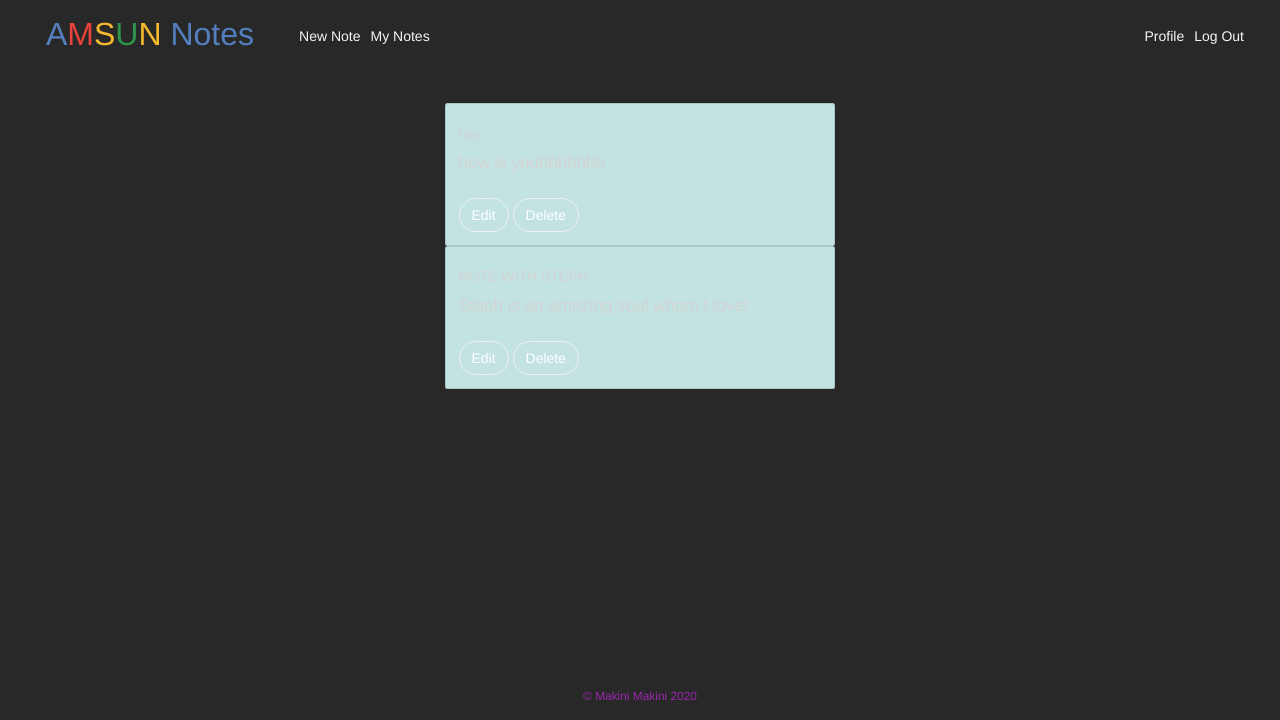
Repository: MakiniMakini/AMSUN-NOTES
Page: http://localhost/my_notes
An editor plug-in stored every save of this project. The page is shown before and after the next save, followed by the edit.
The browser window is 1280 px wide. The pictures show the whole page.
Some web fonts or font styles are not loaded; a fallback is used. The page is served by the project's application, run on Flask 3 (application.py). The session is filled in as if someone had signed in: {"user_id": 1}. The page reads the database file committed with the project.

Above is the page before, as saved 2020-12-25 12:51:51.

### templates/my_notes.html
{% extends "layout.html" %}

{% block title %}
    Notes
{% endblock %}

{% block main %}

<div class="my_notes">
  {% for note in notes %}

    <div class="card" style="width: 39rem; background-color: rgb(195, 226, 226);">
      <div class="card-body">

        <h5 class="card-title">{{note[1]}}</h5>
        <p class="card-text">{{note[2]}}</p>
        <a href="/{{note[0]}}/edit" class="btn btn-primary">Edit</a>
        <a href="/{{note[0]}}/delete" class="btn btn-primary">Delete</a>

      </div>
  </div>

{% endfor %}
</div>



{% endblock %}

### templates/layout.html
<!DOCTYPE html>
<html lang="en">
    <head>
        <!-- Required meta tags -->
        <meta charset="utf-8">
        <meta name="viewport" content="width=device-width, initial-scale=1, shrink-to-fit=no">

        <!-- documentation at http://getbootstrap.com/docs/4.1/, alternative themes at https://bootswatch.com/ -->
        <link href="https://maxcdn.bootstrapcdn.com/bootstrap/4.1.3/css/bootstrap.min.css" rel="stylesheet">

        <!-- https://favicon.io/emoji-favicons/money-mouth-face/ -->
        <link href="/static/favicon.ico" rel="icon">

        <link href="/static/styles.css" rel="stylesheet">
        <link rel="stylesheet" href="/static/bootstrap.min.css" />
        <link rel="stylesheet" href="/static/animate.min.css" />
        <link rel="stylesheet" href="/static/ionicons.min.css" />
        <link rel="stylesheet" href="/static/styles2.css" />
        <link rel="stylesheet" href="/static/profile.css" />

        <script src="https://code.jquery.com/jquery-3.3.1.min.js"></script>
        <script src="https://cdnjs.cloudflare.com/ajax/libs/popper.js/1.14.3/umd/popper.min.js"></script>
        <script src="https://maxcdn.bootstrapcdn.com/bootstrap/4.1.3/js/bootstrap.min.js"></script>

        <title>AMSUN Notes: {% block title %}{% endblock %}</title>
    </head>

    <body>

        <nav class="navbar navbar-expand-md navbar-light bg-none pl-5 pr-5 m-0 fixed-top">
            <a class="navbar-brand" href="/"><span class="blue">A</span><span class="red">M</span><span class="yellow">S</span><span class="green">U</span><span class="yellow">N</span> <span class="blue">Notes</span></a>
            <button aria-controls="navbar" aria-expanded="false" aria-label="Toggle navigation" class="navbar-toggler bg-light" data-target="#navbar" data-toggle="collapse" type="button">
                <span class="navbar-toggler-icon"></span>
            </button>
            <div class="collapse navbar-collapse" id="navbar" >
                {% if session.user_id %}
                    <ul class="navbar-nav mr-auto mt-2">
                        <li class="nav-item"><a class="nav-link" href="/home">New Note</a></li>
                        <li class="nav-item"><a class="nav-link" href="/my_notes">My Notes</a></li>
                    </ul>
                    <ul class="navbar-nav ml-auto mt-2 navbar-right">
                        <li class="nav-item"><a class="nav-link" href="/profile">Profile</a></li>
                        <li class="nav-item"><a class="nav-link" href="/logout">Log Out</a></li>
                    </ul>
                {% else %}
                    <ul class="navbar-nav ml-auto mt-2 navbar-right">
                        <li class="nav-item"><a class="nav-link" href="/register">Register</a></li>
                        <li class="nav-item"><a class="nav-link" href="/login">Log In</a></li>
                    </ul>
                {% endif %}
            </div>
        </nav>

        {% if get_flashed_messages() %}
            <header>
                <div class="alert alert-primary border text-center" role="alert">
                    {{ get_flashed_messages() | join(" ") }}
                </div>
            </header>
        {% endif %}

        <main class="container p-0">

        </main>
        {% block main %}{% endblock %}

        <footer class="small text-center text-muted fixed-bottom bg-none">
             <a href="https://makini-makini.herokuapp.com">© Makini Makini 2020</a>
        </footer>

    </body>
</html>

### application.py
import os

import sqlite3
from flask import Flask, flash, jsonify, redirect, render_template, request, session
from flask_session import Session
from tempfile import mkdtemp
from werkzeug.exceptions import default_exceptions, HTTPException, InternalServerError
from werkzeug.security import check_password_hash, generate_password_hash

from helpers import apology, login_required


# Configure application
app = Flask(__name__)

# Ensure templates are auto-reloaded
app.config["TEMPLATES_AUTO_RELOAD"] = True

# Ensure responses aren't cached
@app.after_request
def after_request(response):
    response.headers["Cache-Control"] = "no-cache, no-store, must-revalidate"
    response.headers["Expires"] = 0
    response.headers["Pragma"] = "no-cache"
    return response


# Configure session to use filesystem (instead of signed cookies)
app.config["SESSION_FILE_DIR"] = mkdtemp()
app.config["SESSION_PERMANENT"] = False
app.config["SESSION_TYPE"] = "filesystem"
Session(app)

# connecting to the database
connection = sqlite3.connect("amsun_notes.db", check_same_thread=False)

# cursor
db = connection.cursor()

# >>>>>>>>>>>>>>>>>>>>>>>>>>>>>>>ROUTES<<<<<<<<<<<<<<<<<<

# ///////////////INDEX\\\\\\\\\\\\\\\\\\
@app.route("/")
def home_page():
    return render_template("home.html")

# ////////////////WRITE NOTES\\\\\\\\\\\\\
@app.route("/home")
@login_required
def index():
    return render_template("index.html")

# //////PROFILE\\\\\\\\
@app.route("/profile")
@login_required
def profile():
    return render_template("profile.html")

# /////////////MY NOTES\\\\\\\\\\
@app.route("/my_notes")
@login_required
def my_notes():

    # logged user
    user_id = session['user_id']

    db.execute("SELECT note_id, title, notes FROM notes WHERE user_id=:user_id", {'user_id':user_id})
    notes = db.fetchall()

    # Ensure user has notes
    if not notes:
        return render_template("index.html", message = "You Do Not Have Any Stock")

    return render_template("my_notes.html", notes=notes)

# ///////////////ALLOW USER TO EDIT THEIR NOTES\\\\\\\\\\\\\\\\\\\
@app.route("/<note_id>/edit", methods=["GET", "POST"])
@login_required
def edit(note_id):

     # logged user
    user_id = session['user_id']

    if request.method == "GET":
        # query database for notes
        db.execute("SELECT note_id, title, notes FROM notes WHERE user_id=:user_id AND note_id=:note_id", {'user_id':user_id, 'note_id':note_id})
        notes = db.fetchall()
        # populate text-area with existing notes
        return render_template("edit.html", notes=notes)

    if request.method == "POST":
        # get title
        title = request.form.get("title")
        #get notes
        notes = request.form.get("notes")

        # ensure the fields are not blank
        if not request.form.get("notes"):
            return apology('must write something', 403)
        else:
            # update notes
            db.execute("UPDATE notes SET title =:title, notes =:notes WHERE note_id=:note_id", {'user_id':user_id, 'note_id':note_id, 'title':title, 'notes':notes})
            # save to data base
            connection.commit()
            # redirect user to their notes
            return redirect("/my_notes")


@app.route("/<note_id>/delete")
@login_required
def delete(note_id):

    print(note_id)

    db.execute("DELETE FROM notes WHERE note_id=:note_id", {'note_id':note_id})
    connection.commit()

    return redirect("/my_notes")

# >>>>>>>>>>>>>REGISTER USER<<<<<<<<<<<<<<<<<<<<<<<<<<<<<<<<<<<
@app.route("/register", methods=["GET", "POST"])
def register():
    """Register user"""

    # if 'GET' render Reg. form
    if request.method == "GET":
        return render_template("register.html")

    if request.method == "POST":

        username = request.form.get("username")
        # Ensure username is submitted
        if not request.form.get("username"):
             return apology("must provide username", 403)

        # Ensure password was submitted
        elif not request.form.get("password") and not request.form.get("confirmation"):
            return apology("must provide password and confirmation", 403)
        else:
            # query db
            db.execute("SELECT * FROM users WHERE username = :username",
                            {'username' : username})
            rows = db.fetchall()

            # check if user exists
            if len(rows) == 1:
                return apology("username already exists", 403)
            else:
                username = request.form.get("username")

            # password
            if request.form.get("password") == request.form.get("confirmation"):
                # hash password
                pwhash = generate_password_hash(request.form.get("password"), method='plain')
            else:
                return apology("passwords do not match", 403)

            # update db
            db.execute("INSERT INTO users (username, hash) VALUES (:username, :pwhash)", {'username':username, 'pwhash':pwhash})

            # To save the changes in the files. Never skip this.
            # If we skip this, nothing will be saved in the database.
            connection.commit()

            # # close the connection
            # connection.close()
            return redirect("/")


# >>>>>>>>>>>>>>>>>>>>>>LOGIN<<<<<<<<<<<<<<<<<<<<<<


@app.route("/login", methods=["GET", "POST"])
def login():
    """Log user in"""

    # Forget any user_id
    session.clear()

    # User reached route via POST (as by submitting a form via POST)
    if request.method == "POST":

        # Ensure username was submitted
        if not request.form.get("username"):
            return apology("must provide username", 403)

        # Ensure password was submitted
        elif not request.form.get("password"):
            return apology("must provide password", 403)

        # Query database for username
        db.execute("SELECT * FROM users WHERE username = :username",
                          {'username':request.form.get("username")})

        rows = db.fetchall()

        print(rows)
        # Ensure username exists and password is correct
        if len(rows) != 1 or not check_password_hash(rows[0][2], request.form.get("password")):
            return apology("invalid username and/or password", 403)

    # Remember which user has logged in
        session["user_id"] = rows[0][0]

        # Redirect user to home page
        return redirect("/")

    # User reached route via GET (as by clicking a link or via redirect)
    else:
        return render_template("login.html")

#>>>>>>>>>>>>>>>>>>>>>>>>>>>LOGOUT<<<<<<<<<<<<<<<<<<<<<<<<

@app.route("/logout")
def logout():
    """Log user out"""

    # Forget any user_id
    session.clear()

    # Redirect user to login form
    return redirect("/")


# >>>>>>>>>>>>>>>>>>>SAVE NOTES <<<<<<<<<<<<<<<<<<<<<<<<<
@app.route("/notes", methods=["GET", "POST"])
@login_required
def save():
    #save notes to database

    # logged user
    user_id = session['user_id']

    if request.method == "POST":

        # get the title
        title = request.form.get("title")

        #get notes
        notes = request.form.get("notes")

        # ensure the fields are not blank
        if not request.form.get("notes"):
            return apology('must write something', 403)
        else:
            db.execute("INSERT INTO notes (user_id, title, notes) VALUES (:user_id, :title, :notes)", {'user_id':user_id, 'title':title, 'notes':notes})

            # save to data base
            connection.commit()
            return render_template("index.html")

### helpers.py
import os
import requests
import urllib.parse

from flask import redirect, render_template, request, session
from functools import wraps

def apology(message, code=400):
    """Render message as an apology to user."""
    def escape(s):
        """
        Escape special characters.

        https://github.com/jacebrowning/memegen#special-characters
        """
        for old, new in [("-", "--"), (" ", "-"), ("_", "__"), ("?", "~q"),
                         ("%", "~p"), ("#", "~h"), ("/", "~s"), ("\"", "''")]:
            s = s.replace(old, new)
        return s
    return render_template("apology.html", top=code, bottom=escape(message)), code


def login_required(f):
    """
    Decorate routes to require login.

    http://flask.pocoo.org/docs/1.0/patterns/viewdecorators/
    """
    @wraps(f)
    def decorated_function(*args, **kwargs):
        if session.get("user_id") is None:
            return redirect("/login")
        return f(*args, **kwargs)
    return decorated_function

### static/styles.css
nav .navbar-brand {
	/* size for brand */
	font-size: xx-large;
}

/* colors for brand */
nav .navbar-brand .blue {
	color: #537fbe;
}
nav .navbar-brand .red {
	color: #ea433b;
}
nav .navbar-brand .yellow {
	color: #f5b82e;
}
nav .navbar-brand .green {
	color: #2e944b;
}

.navbar .nav-link {
	color: whitesmoke !important;
}

main .form-control {
	/* center form controls */
	display: inline-block;

	/* override Bootstrap's 100% width for form controls */
	width: auto;
}

main {
	/* scroll horizontally as needed */
	overflow-x: auto;

	/* center contents */
	text-align: center;
}

main img {
	/* constrain images on small screens */
	max-width: 100%;
}

/* Style the image inside the centered container, if needed */
.centered img {
	width: 150px;
	border-radius: 50%;
}

textarea {
	font-family: monospace;
}

.section_name {
	text-align: center;
	padding: 0;
}

.form-form {
	text-align: center;
	padding-top: 10vh;
}
.btn:focus {
	outline: none !important;
}

.form-control-email {
	text-align: left;
	display: block;
	width: 50%;
	height: 35px;
	padding: 6px 12px;
	font-size: 14px;
	line-height: 1.5;
	color: #eee;
	background-color: #36333d;
	background-image: none;
	border: 1px solid #36333d;
	border-radius: 4px;
	box-shadow: inset 0 1px 1px rgba(0, 0, 0, 0.075);
	transition: border-color ease-in-out .15s, box-shadow ease-in-out .15s;
}
.form-control-email:focus {
	outline: none;
}

.iframe-container {
	position: relative;
	overflow: hidden;
	width: 100%;
	padding-top: 56.25%; /* 16:9 Aspect Ratio (divide 9 by 16 = 0.5625) */
}

.responsive-iframe {
	position: absolute;
	top: 0;
	left: 0;
	bottom: 0;
	right: 0;
	width: 100%;
	height: 100%;
}

.my_notes {
	margin: auto;
	align-content: center;
	padding-top: 5vh;
}

.my_notes .card {
	align-content: center;
	margin: auto;
}

### static/profile.css
/* Profile container */
.profile {
	margin: 20px 0;
}

/* Profile sidebar */
.profile-sidebar {
	padding: 20px 0 10px 0;
	background: #fff;
}

.profile-userpic img {
	float: none;
	margin: 0 auto;
	width: 50%;
	height: 50%;
	-webkit-border-radius: 50% !important;
	-moz-border-radius: 50% !important;
	border-radius: 50% !important;
}

.profile-usertitle {
	text-align: center;
	margin-top: 20px;
}

.profile-usertitle-name {
	color: #5a7391;
	font-size: 16px;
	font-weight: 600;
	margin-bottom: 7px;
}

.profile-usertitle-job {
	text-transform: uppercase;
	color: #5b9bd1;
	font-size: 12px;
	font-weight: 600;
	margin-bottom: 15px;
}

.profile-userbuttons {
	text-align: center;
	margin-top: 10px;
}

.profile-userbuttons .btn {
	text-transform: uppercase;
	font-size: 11px;
	font-weight: 600;
	padding: 6px 15px;
	margin-right: 5px;
}

.profile-userbuttons .btn:last-child {
	margin-right: 0px;
}

.profile-usermenu {
	margin-top: 30px;
}

.profile-usermenu ul li {
	border-bottom: 1px solid #f0f4f7;
}

.profile-usermenu ul li:last-child {
	border-bottom: none;
}

.profile-usermenu ul li a {
	color: #93a3b5;
	font-size: 14px;
	font-weight: 400;
}

.profile-usermenu ul li a i {
	margin-right: 8px;
	font-size: 14px;
}

.profile-usermenu ul li a:hover {
	background-color: #fafcfd;
	color: #5b9bd1;
}

.profile-usermenu ul li.active {
	border-bottom: none;
}

.profile-usermenu ul li.active a {
	color: #5b9bd1;
	background-color: #f6f9fb;
	border-left: 2px solid #5b9bd1;
	margin-left: -2px;
}

/* Profile Content */
.profile-content {
	padding: 20px;
	background: #fff;
	min-height: 460px;
}

### amsun_notes.db (the tables this page reads, as SQL)
CREATE TABLE 'notes' (
    'note_id' INTEGER PRIMARY KEY AUTOINCREMENT NOT NULL,
    'user_id' INTEGER NOT NULL, 
    'title' TEXT NOT NULL, 
    'notes' TEXT NOT NULL,
    FOREIGN KEY(user_id) REFERENCES users(id)
    );
INSERT INTO "notes" VALUES
(11, 2, 'sasa', 'sdsdsdsd'),
(18, 3, 'I am here', 'I am here to see here'),
(19, 3, 'Bike Kali', 'Reading about people'),
(21, 4, 'trip to msa', 'niliona mzungu yaaaayyyy'),
(22, 1, 'hey', 'how is youhbhbhbb'),
(26, 1, 'NOTE WITH STEPH', 'Steph is an amazing soul whom I love! ');

Loaded but not shown: static/bootstrap.min.css (library); static/animate.min.css (library); static/ionicons.min.css (library); static/styles2.css (530 lines, source omitted)

After the next save:
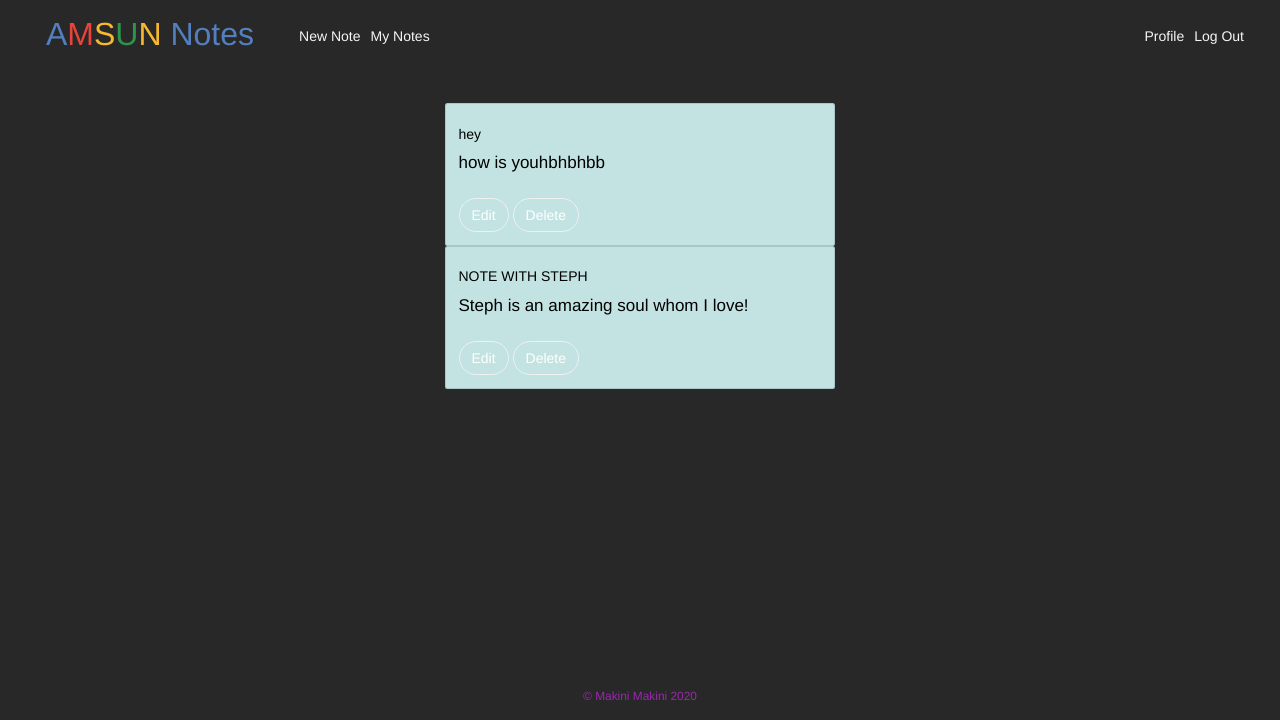
Saved 14 s later.
--- a/templates/my_notes.html
+++ b/templates/my_notes.html
@@ -9,7 +9,7 @@
 <div class="my_notes">
   {% for note in notes %}
 
-    <div class="card" style="width: 39rem; background-color: rgb(195, 226, 226);">
+    <div class="card" style="width: 39rem; background-color: rgb(195, 226, 226); color: black;">
       <div class="card-body">
 
         <h5 class="card-title">{{note[1]}}</h5>
